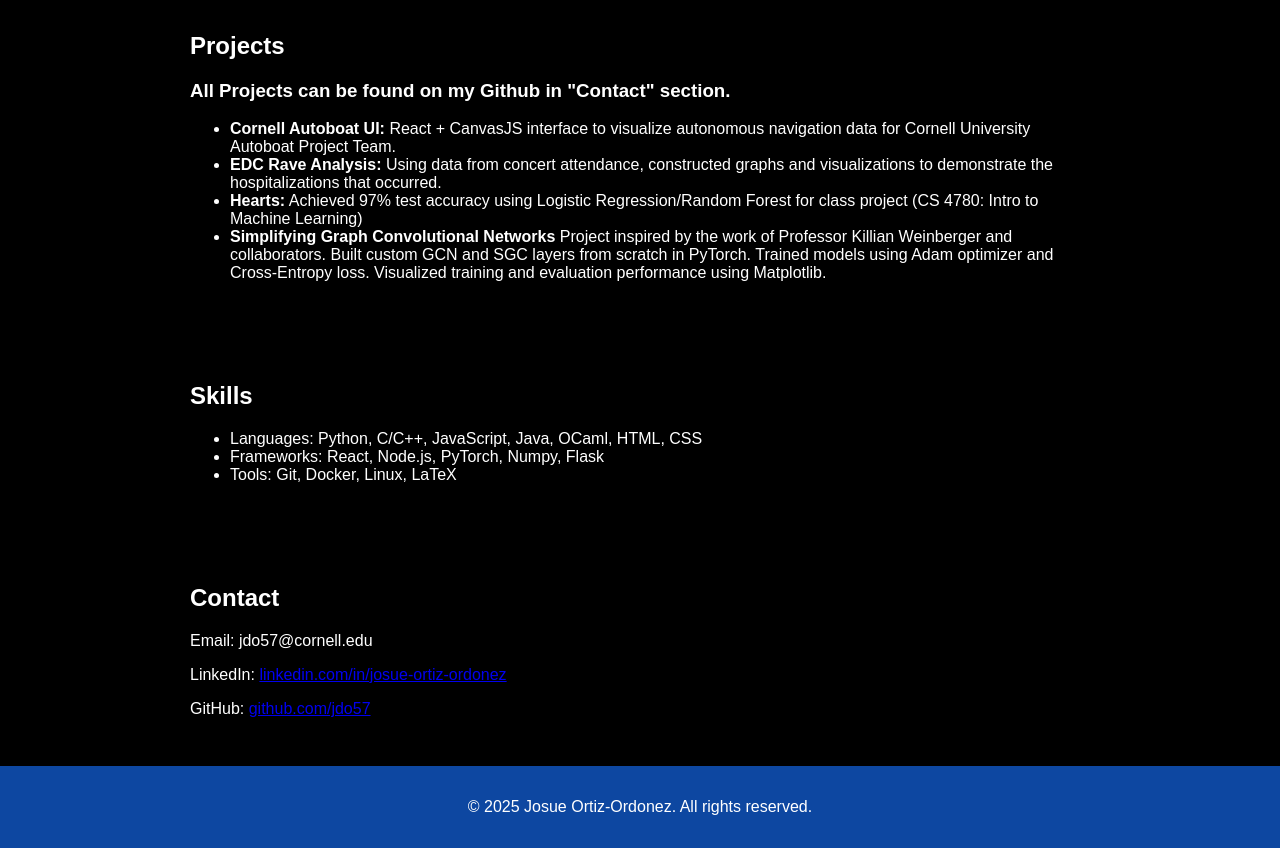
Repository: jdo57/Website
Page: index.html
An editor plug-in stored every save of this project. The page is shown before and after a run of saves, followed by the edit.
The browser window is 1280 px wide. The pictures show the part of the page from y = 1281 to 2129 px (the page is 2129 px tall).
A picture or video elsewhere on the page could not be fetched, so the positions and the page height are approximate.

Above is the page before, as saved 2025-05-26 17:45:48.

### index.html
<!DOCTYPE html>
<html lang="en">
<head>
  <meta charset="UTF-8" />
  <meta name="viewport" content="width=device-width, initial-scale=1.0" />
  <title>Josue Ortiz-Ordonez | Portfolio</title>
  <style>
    :root {
      --primary-color: #0d47a1;
      --background-color: #000000;
      --text-color: #ffffff;
      --accent-color: #1976d2;
    }

    body {
      margin: 0;
      font-family: Arial, sans-serif;
      background-color: var(--background-color);
      color: var(--text-color);
    }

    header {
      background-color: var(--primary-color);
      padding: 2rem;
      text-align: center;
    }

    header h1 {
      margin: 0;
      font-size: 2.5rem;
    }

    nav {
      display: flex;
      justify-content: center;
      background-color: var(--accent-color);
      padding: 0.5rem;
    }

    nav a {
      margin: 0 1rem;
      color: white;
      text-decoration: none;
      font-weight: bold;
    }

    nav a:hover {
      text-decoration: underline;
    }

    section {
      padding: 2rem;
      max-width: 900px;
      margin: auto;
    }

    footer {
      background-color: var(--primary-color);
      color: white;
      text-align: center;
      padding: 1rem;
      position: relative;
    }

  </style>
</head>
<body>
  <header>
    <h1>Josue Ortiz-Ordonez</h1>
    <p>Software/Machine Learning Engineer</p>
  </header>

  <nav>
    <a href="#about">About</a>
    <a href="#projects">Projects</a>
    <a href="#skills">Skills</a>
    <a href="#contact">Contact</a>
  </nav>

  <section id="about" style="display: flex; flex-wrap: wrap; gap: 2rem; align-items: center; justify-content: center; padding: 3rem 1rem; background-color: #000;">
    <!-- Profile Image + Icons -->
    <div style="text-align: center;">
      <img src="./images/me.jpeg" alt="Josue Ortiz-Ordonez" style="width: 200px; border-radius: 50%; border: 3px solid #1976d2;" />
      <div style="margin-top: 1rem;">
        <a href="mailto:jdo57@cornell.edu" target="_blank" style="margin: 0 10px;">
          <img src="https://img.icons8.com/ios-filled/30/ffffff/new-post.png" alt="Email"/>
        </a>
        <a href="https://www.linkedin.com/in/josue-ortiz-ordonez" target="_blank" style="margin: 0 10px;">
          <img src="https://img.icons8.com/ios-filled/30/ffffff/linkedin.png" alt="LinkedIn"/>
        </a>
        <a href="https://github.com/jdo57" target="_blank" style="margin: 0 10px;">
          <img src="https://img.icons8.com/ios-filled/30/ffffff/github.png" alt="GitHub"/>
        </a>
      </div>
    </div>

    <!-- About Text -->
    <div style="max-width: 500px;">
      <h2>About Me</h2>
      <p>
        My name is Josue Ortiz-Ordonez and I am currently a student at Cornell University within
        the College of Engineering. I am a computer science major with potential minors in operations
        research in engineering (ORIE) and Latino Studies!
      </p>
    </div>
  </section>


  <section id="projects">
    <h2>Projects</h2>
    <h3> All Projects can be found on my Github in "Contact" section. </h3>
    <ul>
      <li><strong>Cornell Autoboat UI:</strong> React + CanvasJS interface to visualize autonomous navigation data for Cornell University Autoboat Project Team.</li>
      <li><strong>EDC Rave Analysis:</strong>  Using data from concert attendance, constructed graphs and visualizations to demonstrate the hospitalizations that occurred.</li>
      <li><strong>Hearts:</strong> Achieved 97% test accuracy using Logistic Regression/Random Forest for
      class project (CS 4780: Intro to Machine Learning)</li>
      <li> <strong> Simplifying Graph Convolutional Networks</strong>
        Project inspired by the work of Professor Killian Weinberger and collaborators.
        Built custom GCN and SGC layers from scratch in PyTorch. Trained models using Adam optimizer and Cross-Entropy loss.
        Visualized training and evaluation performance using Matplotlib.
      </li>

    </ul>
  </section>

  <section id="skills">
    <h2>Skills</h2>
    <ul>
      <li>Languages: Python, C/C++, JavaScript, Java, OCaml, HTML, CSS </li>
      <li>Frameworks: React, Node.js, PyTorch, Numpy, Flask</li>
      <li>Tools: Git, Docker, Linux, LaTeX</li>
    </ul>
  </section>

  <section id="contact">
    <h2>Contact</h2>
    <p>Email: jdo57@cornell.edu</p>
    <p>LinkedIn: <a href="https://www.linkedin.com/in/josue-ortiz-ordonez/" target="_blank">linkedin.com/in/josue-ortiz-ordonez</a></p>
    <p>GitHub: <a href="https://github.com/jdo57" target="_blank">github.com/jdo57</a></p>
  </section>

  <footer>
    <p>&copy; 2025 Josue Ortiz-Ordonez. All rights reserved.</p>
  </footer>
</body>
</html>

After the next 3 saves:
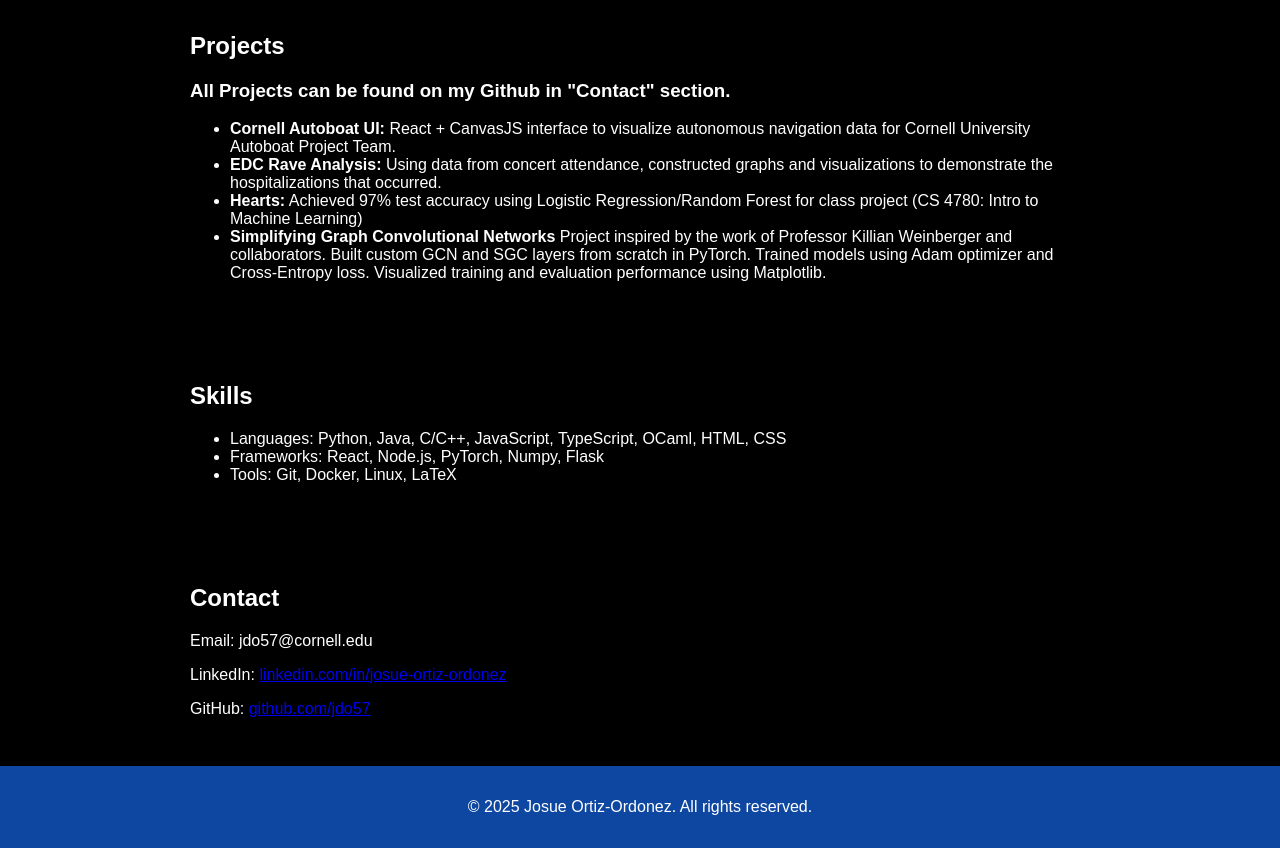
The 3 saves are shown as one change because they came seconds apart.
The last was saved 11 s later.
--- a/index.html
+++ b/index.html
@@ -126,7 +126,7 @@
   <section id="skills">
     <h2>Skills</h2>
     <ul>
-      <li>Languages: Python, C/C++, JavaScript, Java, OCaml, HTML, CSS </li>
+      <li>Languages: Python, Java, C/C++, JavaScript, TypeScript, OCaml, HTML, CSS </li>
       <li>Frameworks: React, Node.js, PyTorch, Numpy, Flask</li>
       <li>Tools: Git, Docker, Linux, LaTeX</li>
     </ul>
